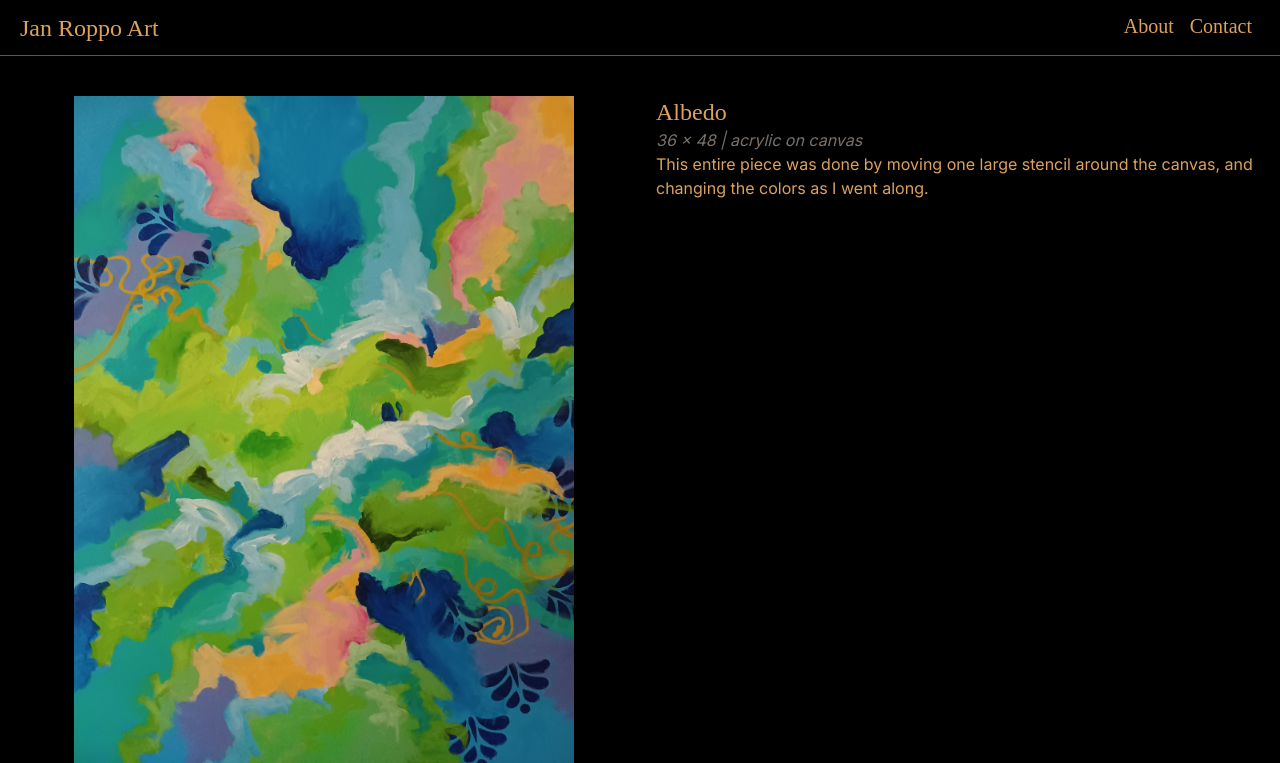
Repository: YanceMcFinn/JRArt
Page: /works/albedo
An editor plug-in stored every save of this project. The page is shown before and after the next save, followed by the edit.
The browser window is 1280 px wide. The pictures show the whole page.
The project was rebuilt for these pictures with package versions that can differ from the ones it lists, and the page was loaded fresh each time. The framework's server and built-in components were replaced by stand-ins that run in the browser. Also part of the build but not shown: next.config.js.

Above is the page before, as saved 2023-10-17 22:42:27.

### app/layout.js
import './globals.css'
import { Inter } from 'next/font/google'

import Navbar from './components/Navbar'

const inter = Inter({ subsets: ['latin'] })

export const metadata = {
  title: 'Jan Roppo Art',
  description: 'The art of Jan Roppo',
}

export default function RootLayout({ children }) {
  return (
    <html lang="en">
      <body className={inter.className}>
        <Navbar />
        {children}
      </body>
    </html>
  )
}

### app/works/[title]/page.js
import data from '../../../json/works.json'

import Image from 'next/image';


export function generateStaticParams() {
    let works = data
    const params = works.map((piece) => ({
      title: piece.title
    }))
    return params;
  }

function getPiece(params) {
  const piece = data.filter((piece)=> piece.title.toLowerCase().replaceAll("?","") == params.title.toLowerCase().replaceAll("%20"," "))
  return piece[0]}

export default function Work({params}){
  const piece = getPiece(params)
  console.log(piece)
  let srctest = `../../../public/static/img/${params.title.toLowerCase().replaceAll("%20", "_")}.jpg`
  const imgSrc = require(`../../../public/static/img/${params.title.toLowerCase().replaceAll("%20", "_")}.jpg`)
  return(
    <div className="flex flex-row px-2 mt-10 text-main-color">
      <div className="basis-1/2">
        <Image src={imgSrc}
          className='mx-auto'
          width={500}
          height={500}
          alt={piece.title} />
      </div>
      <div className="basis-1/2 px-4">
        <div className='text-2xl title'>{piece.title}</div>
        <div className='text-l text-stone-500'><i>{piece.dimensions} | {piece.materials}</i></div>
        <p>{piece.description}</p>
      </div>

    </div>
  )
}

### app/globals.css
@tailwind base;
@tailwind components;
@tailwind utilities;

body {
 background-color: black;
}

.title {
    font-family: 'Macondo', cursive;
}

### app/components/Navbar.jsx
import React from "react";

const Navbar = () => {
    return(
    <>
    <div className="top w-full h-14 px-5 py-3 text-main-color border-b border-b-main-color/50">
      <div className="float-left title text-2xl">
        <a className="hover:text-white" href="/">Jan Roppo Art</a>
      </div>
      <div className="float-right title text-xl">
        <ul>
          <li className="inline px-2">
            <a href="/about" className="hover:text-white">About</a>
          </li>
          <li className="inline px-2">
            <a href="/contact" className="hover:text-white">Contact</a>
          </li>
        </ul>
      </div>
    </div>
    </>

    )
}

export default Navbar

### json/works.json
[
    {
        "title" : "Josephine",
        "id": 0,
        "dimensions": "36 x 36",
        "materials": "acrylic on canvas",
        "price": 750,
        "sold": false,
        "prints available": true,
        "description": "This started out being non-representational, and then I decided to add a figure to it. I am really enjoying using my foam rollers, and of course I added some stenciling to it."
    },
    {
        "title" : "Duo",
        "id": 0,
        "dimensions": "36 x 36",
        "materials": "acrylic on canvas",
        "price": 750,
        "sold": false,
        "prints available": true,
        "description": "This is two abstract figures in their finest red dresses, at a party somewhere fabulous."
    },
    {
        "title" : "Threshold",
        "id": 0,
        "dimensions": "24 x 36",
        "materials": "acrylic on canvas",
        "price": 600,
        "sold": false,
        "prints available": true,
        "description": "This is a figurative piece, with a stylized figure covered with stencils. There is also stenciling in the background and on the curtain. She is transitioning from one area and is poised on the threshold of something new."
    },
    {
        "title" : "Timepiece Sonata",
        "id": 0,
        "dimensions": "36 x 36",
        "materials": "acrylic on canvas",
        "price": 750,
        "sold": false,
        "prints available": true,
        "description": "This started with mark-making in charcoal, then sprayed, and then covered with a dark blue; then the other colors were added on top of that."
    },
    {
        "title" : "Tantes",
        "id": 0,
        "dimensions": "36 x 36",
        "materials": "acrylic on canvas",
        "price": 750,
        "sold": false,
        "prints available": true,
        "description": "I wanted a very tropical feel for this, something playful and whimsical, so I chose very cheerful colors and formed the figures out of areas of stenciling."
    },
    {
        "title" : "Tidepool",
        "id": 0,
        "dimensions": "16 x 16",
        "materials": "oil paint and cold wax on cradled board",
        "price": 250,
        "sold": false,
        "prints available": true,
        "description": "This piece was done with oil paint and cold wax, which is applied to the board with palette knives and scrapers. It is more textural than paint alone and can be scraped off of some areas or splattered with a thinning agent."
    },
    {
        "title" : "Ghostflower",
        "id": 0,
        "dimensions": "12 x 12",
        "materials": "oil paint and cold wax on cradled board",
        "price": 100,
        "sold": false,
        "prints available": true,
        "description": "This is another piece done with cold wax. The raised areas were done by using a stencil."
    },
    {
        "title" : "Replicant",
        "id": 6,
        "dimensions": "36 x 36",
        "materials": "acrylic on canvas",
        "price": 750,
        "sold": false,
        "prints available": false,
        "description": "This entire piece was done by moving one large stencil around the canvas, and changing the colors as I went along."
    },
    {
        "title" : "Do You Think So?",
        "id": 6,
        "dimensions": "24 x 30",
        "materials": "acrylic on canvas",
        "price": 600,
        "sold": false,
        "prints available": false,
        "description": "This was done by focusing on the features of a figure, and trying to keep it as abstract as possible."
    },
    {
        "title" : "Entr'acte",
        "id": 6,
        "dimensions": "36 x 36",
        "materials": "acrylic on canvas",
        "price": 750,
        "sold": false,
        "prints available": false,
        "description": "Here is a glamorous woman, on stage, perhaps. I used my favorite Pyrole red and some stenciling to create the beadwork on her gown."
    },
    {
        "title" : "Refractions",
        "id": 6,
        "dimensions": "30 x 40",
        "materials": "acrylic on canvas",
        "price": 700,
        "sold": false,
        "prints available": false,
        "description": "This is a non-representational piece that sort of developed by itself; I decided to mask off certain areas, and then lighten or darken whatever was next to them to create some contrast."
    },
    {
        "title" : "Refractions",
        "id": 6,
        "dimensions": "30 x 40",
        "materials": "acrylic on canvas",
        "price": 700,
        "sold": false,
        "prints available": false,
        "description": "This is a non-representational piece that sort of developed by itself; I decided to mask off certain areas, and then lighten or darken whatever was next to them to create some contrast."
    },
    {
        "title" : "Pink Dragon",
        "id": 6,
        "dimensions": "30 x 24",
        "materials": "alcohol ink on canvas",
        "price": 350,
        "sold": false,
        "prints available": false,
        "description": "This was painted as a demonstration on how to use alcohol ink. The color pink is for breast cancer awareness."
    },
    {
        "title" : "Intersection",
        "id": 6,
        "dimensions": "12 x 12",
        "materials": "alcohol ink on canvas",
        "price": 100,
        "sold": false,
        "prints available": false,
        "description": "This is a small, colorful piece, used to demonstrate the characteristics of alcohol ink."
    },
    {
        "title" : "C Minor",
        "id": 6,
        "dimensions": "20 x 24",
        "materials": "mixed media on canvas",
        "price": 250,
        "sold": false,
        "prints available": false,
        "description": "This started with a charcoal scribble, that was sprayed, and afterward acrylic paint was added to it. It felt musical to me, with the suggestion of a keyboard."
    },
    {
        "title" : "Albedo",
        "id": 0,
        "dimensions": "36 x 48",
        "materials": "acrylic on canvas",
        "price": 1000,
        "sold": false,
        "prints available": true,
        "description": "This entire piece was done by moving one large stencil around the canvas, and changing the colors as I went along."
    },
    {
        "title" : "Reflection",
        "id": 1,
        "dimensions": "24 x 24",
        "materials": "acrylic on canvas",
        "price": 300,
        "sold": false,
        "prints available": true,
        "description": "This is a nice little painting, done with some rubber cement resist, and a little bit of stenciling."
    },
    {
        "title" : "Oasis",
        "id": 2,
        "dimensions": "16 x 20",
        "materials": "acrylic on canvas",
        "price": 200,
        "sold": false,
        "prints available": true,
        "description": "This is a colorful little piece with a lot of energy and movement. It was fun to do."
    },
    {
        "title" : "Nebula",
        "id": 3,
        "dimensions": "16 x 20",
        "materials": "acrylic on canvas",
        "price": 200,
        "sold": false,
        "prints available": true,
        "description": "This is a small painting with a limited color palette, that is supposed to convey a feeling of lightness and spaciousness."
    },
    {
        "title" : "Family Time",
        "id": 4,
        "dimensions": "12 x 16",
        "materials": "acrylic on canvas",
        "price": 150,
        "sold": false,
        "prints available": true,
        "description": "This is a cheerful little painting, where the figures have been carved out of a patterned background."
    },
    {
        "title": "Sanctuary",
        "id": 5,
        "dimensions": "36 x 48",
        "materials": "acrylic on canvas",
        "price": 1000,
        "sold": true,
        "prints available": false,
        "description": "My goal with this was to see if I could successfully combine acrylic paint with areas of alcohol ink. I knew that the cells created by the ink would look like bubbles, so I decided on a watery theme, done in blues and greens."
    }
]

### tailwind.config.js
/** @type {import('tailwindcss').Config} */
module.exports = {
  content: [
    './pages/**/*.{js,ts,jsx,tsx,mdx}',
    './components/**/*.{js,ts,jsx,tsx,mdx}',
    './app/**/*.{js,ts,jsx,tsx,mdx}',
  ],
  theme: {
    extend: {
      backgroundImage: {
      },
      colors: {
        'main-color': '#dda15e'
      },
    },
  },
  plugins: [],
}

After the next save:
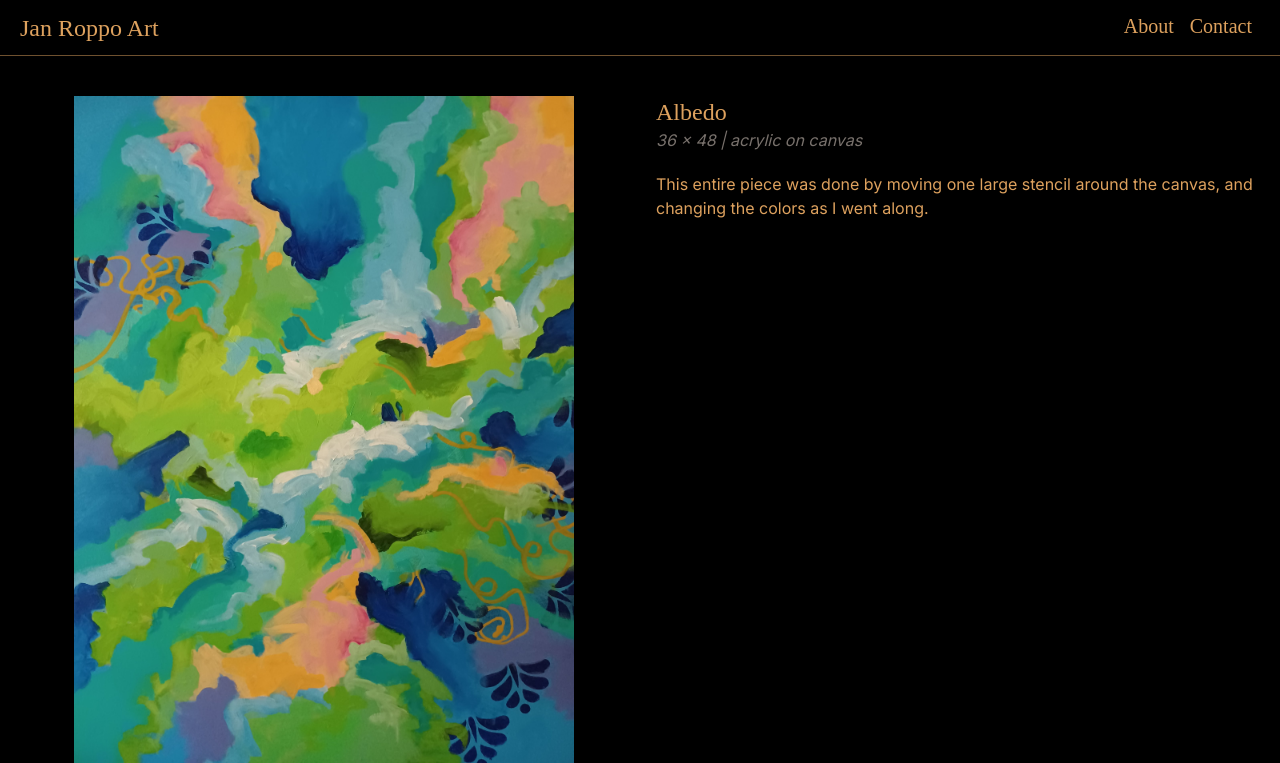
Saved 16 s later.
--- a/app/works/[title]/page.js
+++ b/app/works/[title]/page.js
@@ -31,7 +31,7 @@ export default function Work({params}){
       </div>
       <div className="basis-1/2 px-4">
         <div className='text-2xl title'>{piece.title}</div>
-        <div className='text-l text-stone-500'><i>{piece.dimensions} | {piece.materials}</i></div>
+        <div className='text-l text-stone-500 mb-5'><i>{piece.dimensions} | {piece.materials}</i></div>
         <p>{piece.description}</p>
       </div>
 
